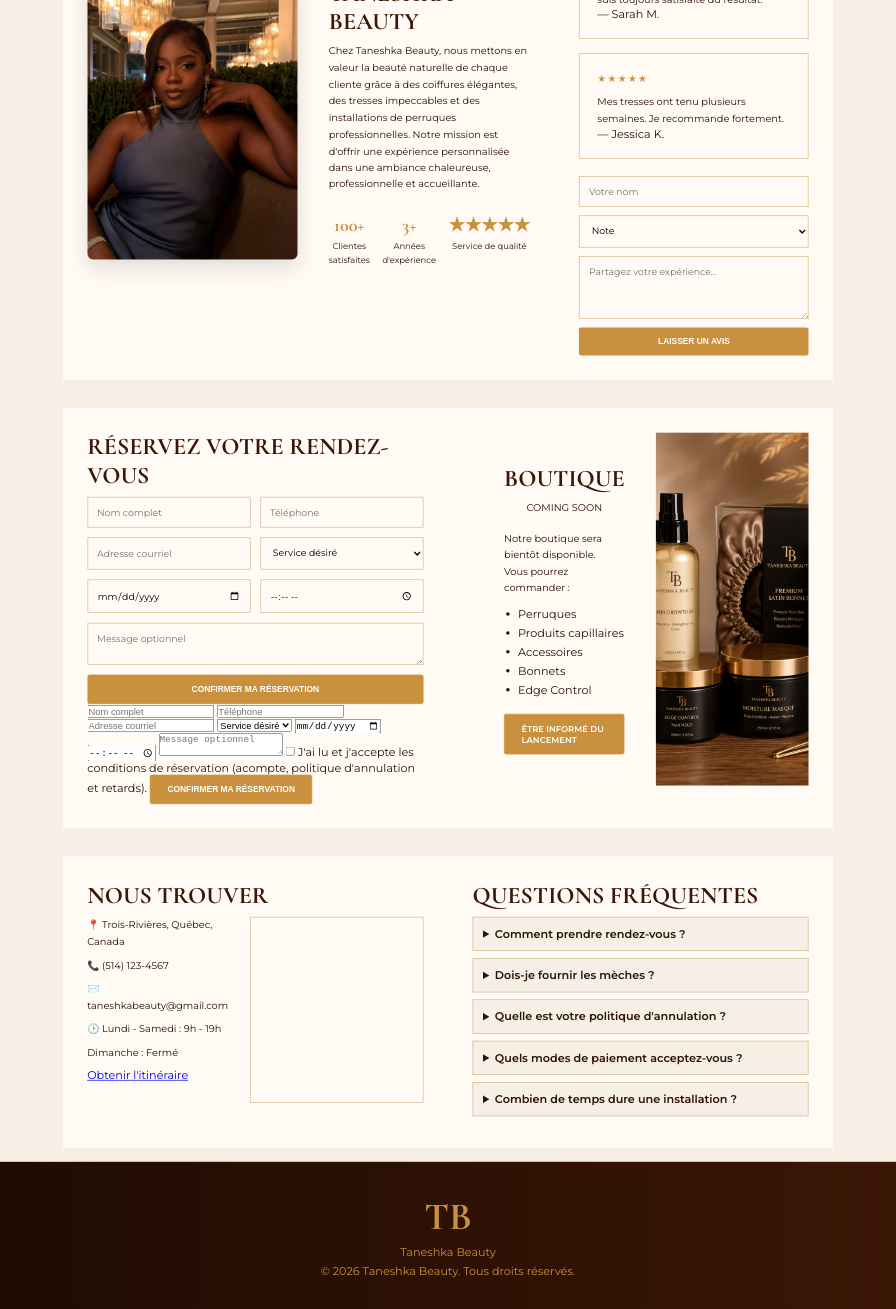
Repository: kngnepi/Taneshka-Beauty-House
Page: index.html
The author's editor kept a copy of each file at every save. The page is drawn from the files as they stood at one save, then again after the next save.
The browser window is 1280 px wide. The pictures show the part of the page from y = 2234 to 4154 px (the page is 4104 px tall before and 4154 px after), at 70% of full size.
Pictures or frames that could not be fetched are drawn as grey boxes.

Above is the page before, as saved 2026-07-05 19:43:24.

### index.html
<!DOCTYPE html>
<html lang="fr">
<head>
  <meta charset="UTF-8" />
  <meta name="viewport" content="width=device-width, initial-scale=1.0" />
  <title>Taneshka Beauty</title>
  <link rel="stylesheet" href="style.css" />
</head>
<body>

  <!-- NAVBAR -->
  <header class="navbar">
    <div class="logo">
      <span>TB</span>
      <p>TANESHKA BEAUTY</p>
    </div>

    <nav>
      <a href="#home">Accueil</a>
      <a href="#services">Services</a>
      <a href="#portfolio">Portfolio</a>
      <a href="#about">À propos</a>
      <a href="#booking">Réservation</a>
      <a href="#products">Boutique</a>
      <a href="#contact">Contact</a>
    </nav>

    <a href="#booking" class="btn-gold">Réserver</a>
  </header>

  <!-- HERO -->
  <section id="home" class="hero">
    <div class="hero-content">
      <h1>TANESHKA<br>BEAUTY</h1>
      <p class="tagline">Élégance • Confiance • Beauté</p>
      <p class="hero-text">
        Spécialiste en perruques, tresses et coiffures protectrices.
      </p>

      <div class="hero-buttons">
        <a href="#booking" class="btn-gold">Réserver un rendez-vous</a>
        <a href="#portfolio" class="btn-outline">Voir nos réalisations</a>
      </div>
    </div>
  </section>

  <!-- SERVICES -->
  <section id="services" class="section">
    <h2>Nos Services</h2>
    <p class="section-subtitle">Des prestations adaptées à votre style et à vos besoins.</p>

    <div class="services-grid">
      <div class="service-card">
        <div class="service-img"></div>
        <div>
          <h3>Perruques</h3>
          <ul>
            <li>Installation</li>
            <li>Retrait</li>
            <li>Revamp</li>
            <li>Customisation</li>
          </ul>
          <p>À partir de 60$</p>
          <a href="#booking" class="btn-dark">Réserver</a>
        </div>
      </div>

      <div class="service-card">
        <div class="service-img"></div>
        <div>
          <h3>Tresses</h3>
          <ul>
            <li>Knotless Braids</li>
            <li>Boho Braids</li>
            <li>Tribal Braids</li>
            <li>Cornrows</li>
          </ul>
          <p>À partir de 80$</p>
          <a href="#booking" class="btn-dark">Réserver</a>
        </div>
      </div>

      <div class="service-card">
        <div class="service-img"></div>
        <div>
          <h3>Coiffures</h3>
          <ul>
            <li>Ponytail</li>
            <li>Wig Styling</li>
            <li>Butterfly Locs</li>
            <li>Twists</li>
          </ul>
          <p>À partir de 50$</p>
          <a href="#booking" class="btn-dark">Réserver</a>
        </div>
      </div>
    </div>
  </section>

  <!-- PORTFOLIO -->
 <section id="portfolio" class="section">
  <h2>Nos Réalisations</h2>

  <div class="portfolio-filters">
    <button class="active" data-filter="all">Tout</button>
    <button data-filter="perruques">Perruques</button>
    <button data-filter="tresses">Tresses</button>
    <button data-filter="ponytails">Ponytails</button>
    <button data-filter="locs">Locs</button>
  </div>

  <div class="portfolio-grid">
    <div class="portfolio-item" data-category="ponytails"></div>
    <div class="portfolio-item" data-category="ponytails"></div>
    <div class="portfolio-item" data-category="perruques"></div>
    <div class="portfolio-item" data-category="perruques"></div>
    <div class="portfolio-item" data-category="perruques"></div>
    <div class="portfolio-item" data-category="perruques"></div>
  </div>
</section>

  <!-- ABOUT + REVIEWS -->
  <!-- ABOUT + REVIEWS -->
<section class="split-section">
  <div id="about" class="about-box">
    <div class="about-img"></div>

    <div class="about-content">
      <h2>À propos de Taneshka Beauty</h2>
      <p>
        Chez Taneshka Beauty, nous mettons en valeur la beauté naturelle de chaque cliente
        grâce à des coiffures élégantes, des tresses impeccables et des installations de
        perruques professionnelles. Notre mission est d'offrir une expérience personnalisée
        dans une ambiance chaleureuse, professionnelle et accueillante.
      </p>

      <div class="about-stats">
        <div>
          <h3>100+</h3>
          <p>Clientes satisfaites</p>
        </div>

        <div>
          <h3>3+</h3>
          <p>Années d'expérience</p>
        </div>

        <div>
          <h3>★★★★★</h3>
          <p>Service de qualité</p>
        </div>
      </div>
    </div>
  </div>

  <div class="reviews-box">
  <h2>Ce que disent nos clientes</h2>

  <div class="reviews-grid" id="reviewsList">
    <div class="review-card">
      <p class="stars">★★★★★</p>
      <p>Très professionnelle et minutieuse. Je suis toujours satisfaite du résultat.</p>
      <span>— Sarah M.</span>
    </div>

    <div class="review-card">
      <p class="stars">★★★★★</p>
      <p>Mes tresses ont tenu plusieurs semaines. Je recommande fortement.</p>
      <span>— Jessica K.</span>
    </div>
  </div>

  <form class="review-form" id="reviewForm">
    <input type="text" id="reviewName" placeholder="Votre nom" required />

    <select id="reviewRating" required>
      <option value="">Note</option>
      <option value="5">★★★★★</option>
      <option value="4">★★★★</option>
      <option value="3">★★★</option>
      <option value="2">★★</option>
      <option value="1">★</option>
    </select>

    <textarea id="reviewText" placeholder="Partagez votre expérience..." required></textarea>

    <button type="submit" class="btn-gold">Laisser un avis</button>
  </form>
</div>
</section>

<!-- BOOKING + PRODUCTS -->
<section class="split-section">
  <div id="booking" class="booking-section">
    <h2>Réservez votre rendez-vous</h2>

    <form
  class="booking-form"
  action="https://formspree.io/f/mjgqljjd"
  method="POST"
>
  <input type="text" name="nom" placeholder="Nom complet" required />

  <input type="tel" name="telephone" placeholder="Téléphone" required />

  <input type="email" name="email" placeholder="Adresse courriel" required />

  <select name="service" required>
    <option value="">Service désiré</option>
    <option value="Perruques">Perruques</option>
    <option value="Tresses">Tresses</option>
    <option value="Coiffures">Coiffures</option>
  </select>

  <input type="date" name="date_souhaitee" required />

  <input type="time" name="heure_souhaitee" required />

  <textarea name="message" placeholder="Message optionnel"></textarea>

  <button type="submit" class="btn-gold">
    Confirmer ma réservation
  </button>
</form>
      <input type="text" placeholder="Nom complet" />
      <input type="tel" placeholder="Téléphone" />
      <input type="email" placeholder="Adresse courriel" />

      <select>
        <option>Service désiré</option>
        <option>Perruques</option>
        <option>Tresses</option>
        <option>Coiffures</option>
      </select>

      <input type="date" />
      <input type="time" />
      <textarea placeholder="Message optionnel"></textarea>

      <label class="terms">
    <input type="checkbox" required>

    J'ai lu et j'accepte les conditions de réservation
    (acompte, politique d'annulation et retards).
</label>

      <button type="submit" class="btn-gold">Confirmer ma réservation</button>
    </form>
  </div>

  <div id="products" class="products-section">
    <div class="products-content">
      <div class="products-text">
        <h2>Boutique</h2>
        <p class="coming-soon">Coming Soon</p>
        <p>Notre boutique sera bientôt disponible.</p>
        <p>Vous pourrez commander :</p>

        <ul>
          <li>Perruques</li>
          <li>Produits capillaires</li>
          <li>Accessoires</li>
          <li>Bonnets</li>
          <li>Edge Control</li>
        </ul>

        <a href="#contact" class="btn-gold">Être informé du lancement</a>
      </div>

      <div class="products-img"></div>
    </div>
  </div>
</section>

<!-- LOCATION + FAQ -->
<section id="contact" class="split-section">
  <div class="location-box">
  <h2>Nous trouver</h2>

  <div class="location-content">
    <div class="location-info">
      <p>📍 Trois-Rivières, Québec, Canada</p>
      <p>📞 (514) 123-4567</p>
      <p>✉️ taneshkabeauty@gmail.com</p>
      <p>🕒 Lundi - Samedi : 9h - 19h</p>
      <p>Dimanche : Fermé</p>

      <a
        href="https://www.google.com/maps/search/?api=1&query=Trois-Rivi%C3%A8res%2C%20Qu%C3%A9bec%2C%20Canada"
        target="_blank"
        class="btn-outline-dark"
      >
        Obtenir l'itinéraire
      </a>
    </div>

    <div class="map-box">
      <iframe
        src="https://www.google.com/maps?q=Trois-Rivi%C3%A8res%2C%20Qu%C3%A9bec%2C%20Canada&output=embed"
        loading="lazy"
        referrerpolicy="no-referrer-when-downgrade">
      </iframe>
    </div>
  </div>
</div>

  <div class="faq-box">
    <h2>Questions fréquentes</h2>

    <details>
      <summary>Comment prendre rendez-vous ?</summary>
      <p>Vous pouvez réserver via le formulaire ou nous contacter sur Instagram.</p>
    </details>

    <details>
      <summary>Dois-je fournir les mèches ?</summary>
      <p>Cela dépend du service choisi. Les détails seront confirmés lors de la réservation.</p>
    </details>

    <details>
      <summary>Quelle est votre politique d'annulation ?</summary>
      <p>Les annulations doivent être faites au moins 48h avant le rendez-vous.</p>
    </details>

    <details>
      <summary>Quels modes de paiement acceptez-vous ?</summary>
      <p>Espèces et virement Interac.</p>
    </details>

    <details>
      <summary>Combien de temps dure une installation ?</summary>
      <p>La durée varie selon le service sélectionné.</p>
    </details>
  </div>
</section>
  <!-- FOOTER -->
  <footer>
    <h2>TB</h2>
    <p>Taneshka Beauty</p>
    <p>© 2026 Taneshka Beauty. Tous droits réservés.</p>
  </footer>

<script>
  const filterButtons = document.querySelectorAll(".portfolio-filters button");
  const portfolioItems = document.querySelectorAll(".portfolio-item");

  filterButtons.forEach(button => {
    button.addEventListener("click", () => {
      const filter = button.dataset.filter;

      filterButtons.forEach(btn => btn.classList.remove("active"));
      button.classList.add("active");

      portfolioItems.forEach(item => {
        if (filter === "all" || item.dataset.category === filter) {
          item.classList.remove("hide");
        } else {
          item.classList.add("hide");
        }
      });
    });
  });
</script>
<script>
  const reviewForm = document.getElementById("reviewForm");
  const reviewsList = document.getElementById("reviewsList");

  let reviews = JSON.parse(localStorage.getItem("taneshkaReviews")) || [];

  function displayReviews() {
    reviews.forEach(review => {
      const reviewCard = document.createElement("div");
      reviewCard.classList.add("review-card");

      reviewCard.innerHTML = `
        <p class="stars">${"★".repeat(review.rating)}</p>
        <p>${review.text}</p>
        <span>— ${review.name}</span>
      `;

      reviewsList.appendChild(reviewCard);
    });
  }

  reviewForm.addEventListener("submit", function (e) {
    e.preventDefault();

    const name = document.getElementById("reviewName").value;
    const rating = document.getElementById("reviewRating").value;
    const text = document.getElementById("reviewText").value;

    const newReview = {
      name: name,
      rating: rating,
      text: text
    };

    reviews.push(newReview);
    localStorage.setItem("taneshkaReviews", JSON.stringify(reviews));

    reviewsList.innerHTML = "";
    displayReviews();

    reviewForm.reset();
  });

  displayReviews();
</script>
</body>
</html>

### style.css
@import url('https://fonts.googleapis.com/css2?family=Cormorant+Garamond:wght@500;600;700&family=Montserrat:wght@300;400;500;600&display=swap');

:root {
  --brown: #3b1605;
  --dark-brown: #1f0c03;
  --gold: #c9913d;
  --cream: #f7efe6;
  --light-cream: #fffaf4;
  --text: #2b1206;
  --border: #d8b98c;
}

* {
  margin: 0;
  padding: 0;
  box-sizing: border-box;
}

body {
  background: var(--cream);
  color: var(--text);
  font-family: "Montserrat", sans-serif;
}

h1, h2, h3 {
  font-family: "Cormorant Garamond", serif;
  text-transform: uppercase;
}

section {
  padding: 55px 7%;
}

.navbar {
  background: rgba(31, 12, 3, 0.95);
  color: white;
  height: 85px;
  padding: 0 7%;
  display: flex;
  align-items: center;
  justify-content: space-between;
}

.logo span {
  color: var(--gold);
  font-family: "Cormorant Garamond", serif;
  font-size: 38px;
  font-weight: 700;
}

.logo p {
  color: var(--gold);
  font-size: 13px;
  letter-spacing: 1px;
}

nav {
  display: flex;
  gap: 30px;
}

nav a {
  color: white;
  text-decoration: none;
  font-size: 13px;
  text-transform: uppercase;
}

.btn-gold,
.btn-outline,
.btn-dark {
  display: inline-block;
  padding: 13px 24px;
  text-decoration: none;
  text-transform: uppercase;
  font-size: 12px;
  font-weight: 600;
  border-radius: 3px;
}

.btn-gold {
  background: var(--gold);
  color: white;
  border: 1px solid var(--gold);
}

.btn-outline {
  border: 1px solid var(--gold);
  color: white;
}

.btn-dark {
  background: var(--brown);
  color: white;
  margin-top: 15px;
}

.hero {
  min-height: 720px;
  background:
    linear-gradient(to right, rgba(20, 7, 2, 0.95) 0%, rgba(20, 7, 2, 0.75) 38%, rgba(20, 7, 2, 0.25) 70%),
    url("images/hero.jpg");
  background-size: cover;
  background-position: center 35%;
  display: flex;
  align-items: center;
}

.hero-content {
  max-width: 620px;
  margin-top: 40px;
}

.hero h1 {
  color: var(--gold);
  font-size: 92px;
  line-height: 0.9;
}

.tagline {
  color: white;
  font-family: "Cormorant Garamond", serif;
  font-size: 28px;
  font-style: italic;
  margin: 20px 0;
}

.hero-text {
  color: white;
  font-size: 18px;
  line-height: 1.6;
}

.hero-buttons {
  display: flex;
  gap: 20px;
  margin-top: 30px;
}

.section {
  text-align: center;
}

.section h2,
.split-section h2 {
  font-size: 34px;
  color: var(--brown);
  margin-bottom: 10px;
}

.section-subtitle {
  margin-bottom: 35px;
  font-size: 14px;
}

.services-grid {
  display: grid;
  grid-template-columns: repeat(3, 1fr);
  gap: 25px;
}

.service-card {
  background: var(--light-cream);
  border: 1px solid var(--border);
  display: grid;
  grid-template-columns: 1fr 1fr;
  text-align: left;
  min-height: 260px;
}

.service-img,
.portfolio-item,
.about-img {
  width: 100%;
  height: 430px;
  background-image: url("images/about.jpg");
  background-size: cover;
  background-position: center top;
  border-radius: 8px;
  box-shadow: 0 12px 30px rgba(0,0,0,.12);
}

.service-card:nth-child(1) .service-img {
  background-image: url("images/service-wig.jpg");
}

.service-card:nth-child(2) .service-img {
  background-image: url("images/service-braids.jpg");
}

.service-card:nth-child(3) .service-img {
  background-image: url("images/service-hair.jpg");
}

.service-card div:last-child {
  padding: 28px;
}

.service-card h3 {
  font-size: 24px;
  margin-bottom: 15px;
}

.service-card li {
  margin-bottom: 8px;
  font-size: 14px;
}

.portfolio-filters {
  display: flex;
  justify-content: center;
  gap: 35px;
  margin: 25px 0;
}

.portfolio-filters button {
  background: transparent;
  border: none;
  text-transform: uppercase;
  cursor: pointer;
}


.portfolio-grid {
  display: grid;
  grid-template-columns: repeat(6, 1fr);
  gap: 18px;
}

.portfolio-item {
  height: 300px;
  border-radius: 8px;
  overflow: hidden;
  background-size: cover;
  background-position: center 25%;
  background-repeat: no-repeat;
}

.portfolio-item:nth-child(2) {
    background-position: center 20%;
}

.portfolio-item:nth-child(2) img {
  object-position: 40% 70%;
}
.portfolio-item img {
  width: 100%;
  height: 100%;
  object-fit: cover;
  object-position: center 25%;
  display: block;
}


.portfolio-item:nth-child(1) {
  background-image: url("images/portfolio-1.jpg");
}

.portfolio-item:nth-child(2) {
  background-image: url("images/portfolio-2.jpg");
}

.portfolio-item:nth-child(3) {
  background-image: url("images/portfolio-3.jpg");
}

.portfolio-item:nth-child(4) {
  background-image: url("images/portfolio-4.jpg");
}

.portfolio-item:nth-child(5) {
  background-image: url("images/portfolio-5.jpg");
}

.portfolio-item:nth-child(6) {
  background-image: url("images/portfolio-6.jpg");
}

.split-section {
  padding: 20px 7%;
  display: grid;
  grid-template-columns: 1fr 1fr;
  gap: 0;
}

.about-box,
.reviews-box,
.location-box,
.faq-box,
.booking-section,
.products-section {
  background: var(--light-cream);
  border: 1px solid var(--border);
  padding: 35px;
}

.about-box {
  display: grid;
  grid-template-columns: 300px 1fr;
  gap: 45px;
  align-items: center;
  background: var(--light-cream);
  padding: 45px;
}

.about-img {
  min-height: 280px;
  background-image: url("images/about.jpg");
}

.about-box p,
.review-card p,
.location-box p,
.products-section p,
.faq-box p {
  font-size: 14px;
  line-height: 1.7;
}

.reviews-box {
  text-align: center;
}

.review-card {
  border: 1px solid var(--border);
  padding: 25px;
  margin-top: 20px;
  text-align: left;
}

.stars {
    color: var(--gold);
    font-size: 20px;
    letter-spacing: 2px;
    margin-bottom: 8px;
}
.booking-form {
  max-width: 850px;
  margin: auto;
  display: grid;
  grid-template-columns: 1fr 1fr;
  gap: 14px;
}

.booking-form input,
.booking-form select,
.booking-form textarea {
  padding: 13px;
  border: 1px solid var(--border);
  background: var(--light-cream);
  font-family: "Montserrat", sans-serif;
}

.booking-form textarea,
.booking-form button {
  grid-column: span 2;
}

.products-section {
  text-align: center;
}

.products-section h2 {
  color: var(--brown);
}

.location-box {
  text-align: left;
}

.faq-box details {
  border: 1px solid var(--border);
  margin-bottom: 10px;
  padding: 14px;
  background: var(--cream);
}

.faq-box summary {
  cursor: pointer;
  font-weight: 600;
}

footer {
  background: linear-gradient(to right, var(--dark-brown), var(--brown));
  color: white;
  text-align: center;
  padding: 45px 7%;
}

footer h2 {
  color: var(--gold);
  font-size: 55px;
}

footer p {
  color: var(--gold);
  margin-top: 8px;
}

@media (max-width: 900px) {
  .navbar {
    height: auto;
    flex-direction: column;
    padding: 20px;
    gap: 20px;
  }

  nav {
    flex-wrap: wrap;
    justify-content: center;
  }

  .hero h1 {
    font-size: 55px;
  }

  .services-grid,
  .split-section {
    grid-template-columns: 1fr;
  }

  .service-card,
  .about-box {
    grid-template-columns: 1fr;
  }

  .portfolio-grid {
    grid-template-columns: repeat(2, 1fr);
  }

  .booking-form {
    grid-template-columns: 1fr;
  }

  .booking-form textarea,
  .booking-form button {
    grid-column: span 1;
  }
}

.about-content {
  display: flex;
  flex-direction: column;
  justify-content: center;
}

.about-stats {
  display: grid;
  grid-template-columns: repeat(3, 1fr);
  gap: 18px;
  margin-top: 30px;
  text-align: center;
}

.about-stats h3 {
  color: var(--gold);
  font-size: 26px;
  margin-bottom: 5px;
}

.about-stats p {
  font-size: 12px;
}

.products-section {
  padding: 0;
  text-align: left;
}

.products-content {
  display: grid;
  grid-template-columns: 1fr 1fr;
  min-height: 320px;
}

.products-text {
  padding: 45px;
}

.products-text h2 {
  text-align: center;
}

.coming-soon {
  text-align: center;
  text-transform: uppercase;
  font-size: 13px;
  margin-bottom: 20px;
}

.products-text ul {
  margin: 15px 0 25px 20px;
}

.products-text li {
  margin-bottom: 8px;
}

.products-img {
  background-image: url("images/products.jpg");
  background-size: cover;
  background-position: center;
  min-height: 320px;
}

@media (max-width: 900px) {
  .about-stats {
    grid-template-columns: 1fr;
  }

  .products-content {
    grid-template-columns: 1fr;
  }
}

.about-box,
.reviews-box,
.location-box,
.faq-box,
.booking-section,
.products-section {
    background: var(--light-cream);
    border: none;
    padding: 35px;
}
.location-content {
  display: grid;
  grid-template-columns: 1fr 1.2fr;
  gap: 25px;
  align-items: stretch;
}

.location-info p {
  margin-bottom: 10px;
}

.map-box {
  width: 100%;
  min-height: 260px;
  border: 1px solid var(--border);
  overflow: hidden;
}

.map-box iframe {
  width: 100%;
  height: 100%;
  min-height: 260px;
  border: none;
}

@media (max-width: 900px) {
  .location-content {
    grid-template-columns: 1fr;
  }
}

.portfolio-filters button.active {
  background: var(--brown);
  color: white;
  padding: 8px 35px;
}

.portfolio-item.hide {
  display: none;
}
.review-form {
  margin-top: 25px;
  display: grid;
  gap: 12px;
}

.review-form input,
.review-form select,
.review-form textarea {
  padding: 13px;
  border: 1px solid var(--border);
  background: var(--light-cream);
  font-family: "Montserrat", sans-serif;
}

.review-form textarea {
  min-height: 90px;
  resize: vertical;
}

.review-form button {
  border: none;
  cursor: pointer;
}

After the next save:
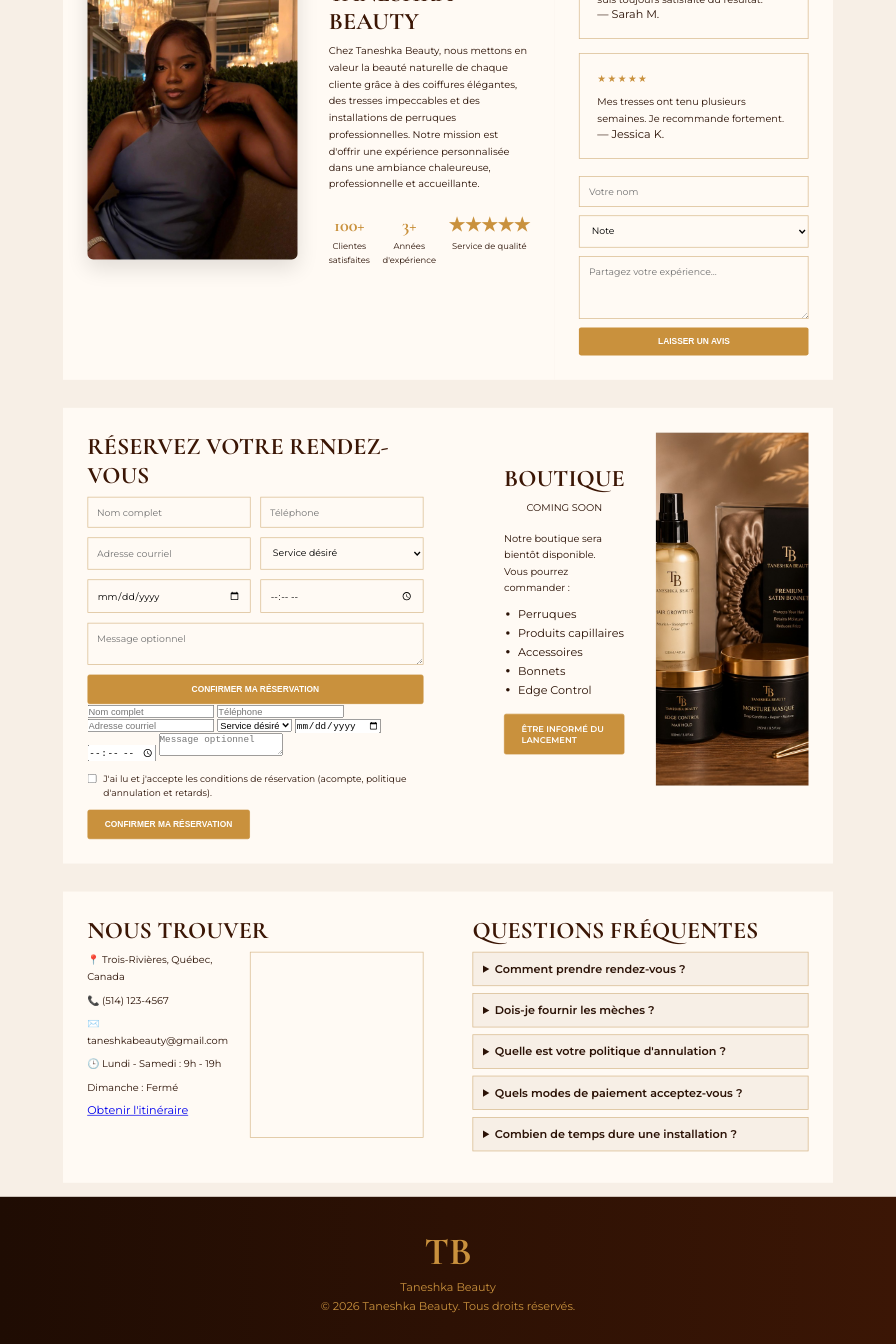
Saved 24 s later.
--- a/style.css
+++ b/style.css
@@ -587,3 +587,20 @@
   border: none;
   cursor: pointer;
 }
+
+.terms {
+    display: flex;
+    align-items: flex-start;
+    gap: 10px;
+    margin: 15px 0;
+    font-size: 13px;
+    line-height: 1.5;
+    text-align: left;
+    color: var(--text);
+}
+
+.terms input[type="checkbox"] {
+    margin-top: 3px;
+    accent-color: var(--gold);
+    cursor: pointer;
+}
